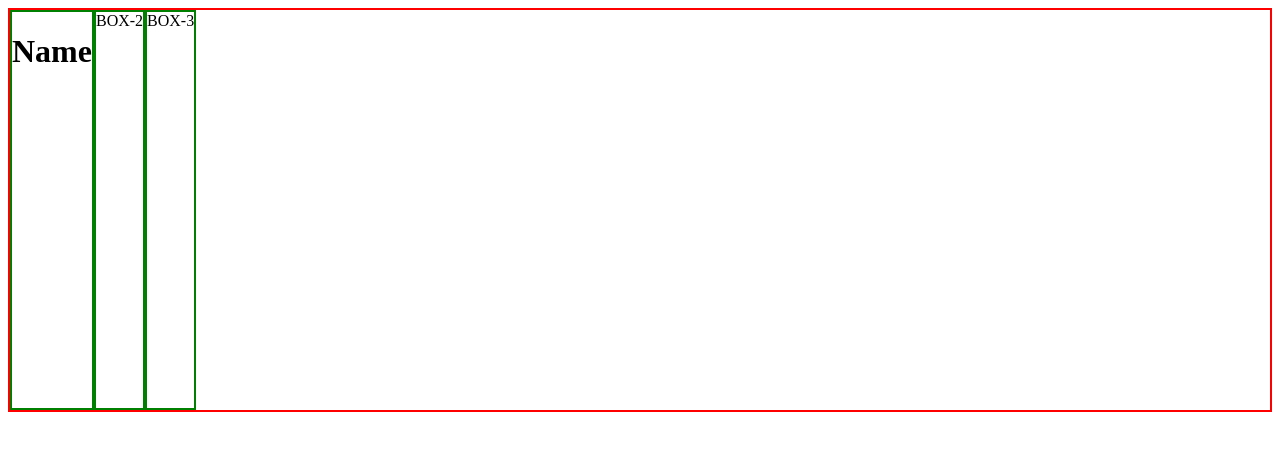
Repository: ARUN-YERRAM/HTMLLEARNING
Page: indxs.html
These files come from the project's save history. The page is drawn as it stood at one moment and after the next save; the edit follows.
The browser window is 1280 px wide. The pictures show the whole page.

Above is the page before, as saved 2024-01-26 22:11:06.

After the next save:
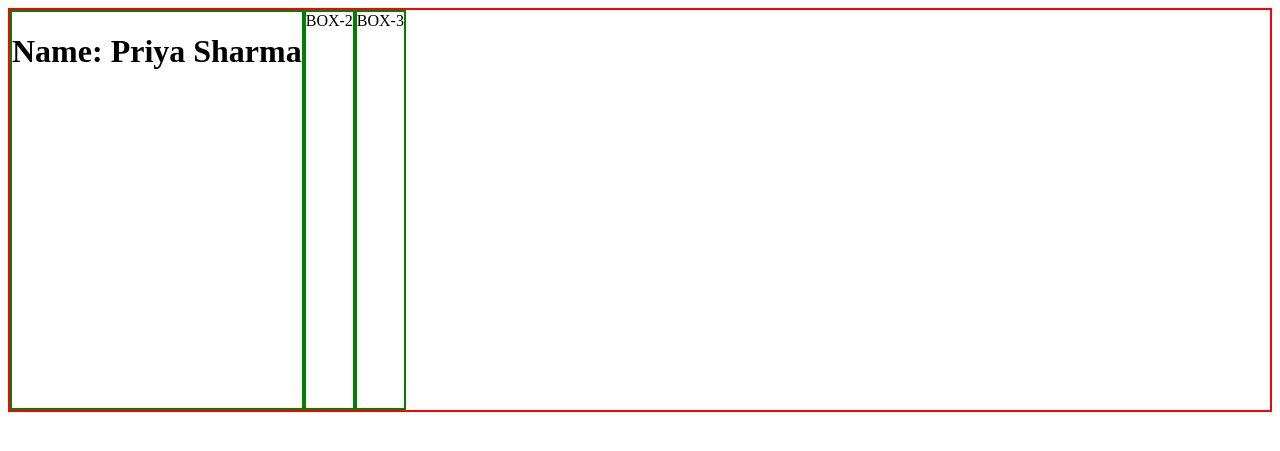
Saved 6 s later.
--- a/indxs.html
+++ b/indxs.html
@@ -11,7 +11,7 @@
     <div class="container">
         <div class="box">
             <h1>
-                Name
+                Name: Priya Sharma
             </h1>
 
         </div>
